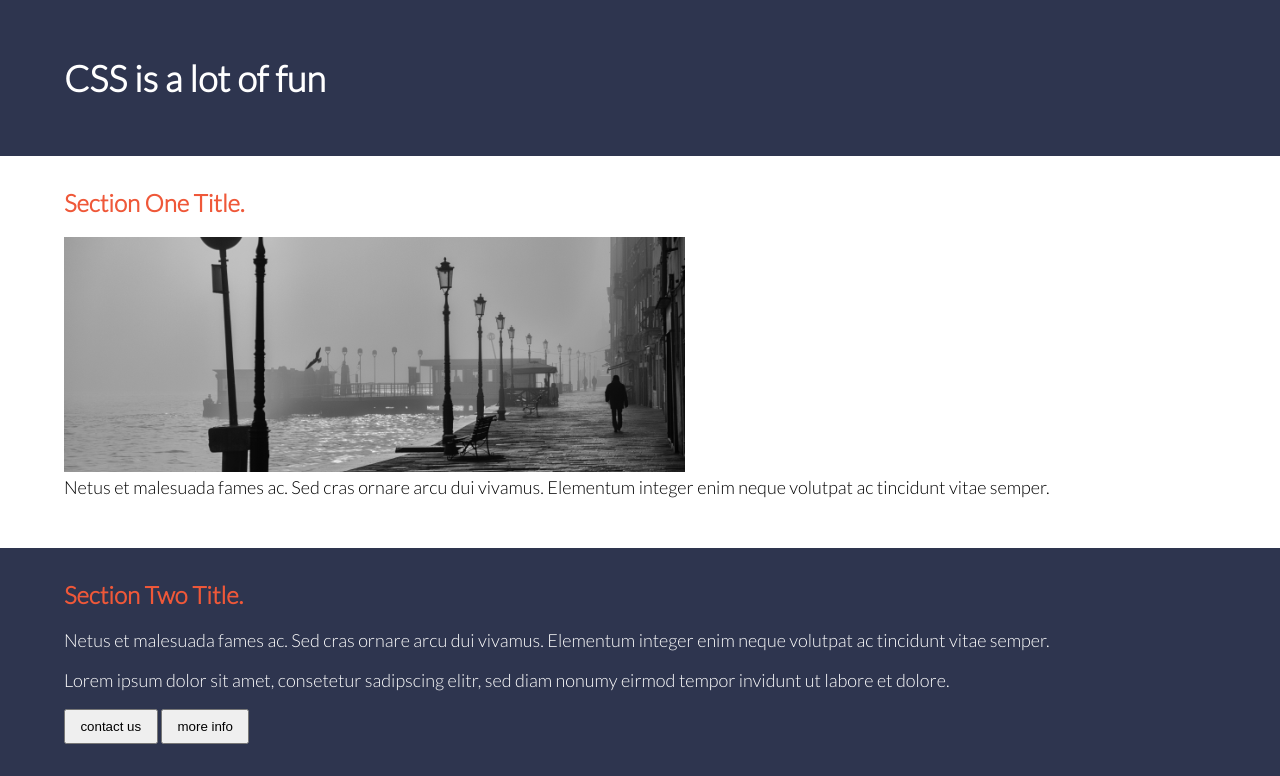
Repository: Doumham-Armah/sample-landing-page
Page: index.html
An editor plug-in stored every save of this project. The page is shown before and after the next save, followed by the edit.
The browser window is 1280 px wide. The pictures show the whole page.

Above is the page before, as saved 2021-08-16 13:03:07.

### index.html
<!DOCTYPE html>
<html lang="en">
  <head>
    <meta charset="UTF-8" />
    <meta http-equiv="X-UA-Compatible" content="IE=edge" />
    <meta name="viewport" content="width=device-width, initial-scale=1.0" />
    <title>Document</title>
    <link rel="preconnect" href="https://fonts.googleapis.com" />
    <link rel="preconnect" href="https://fonts.gstatic.com" crossorigin />
    <link
      href="https://fonts.googleapis.com/css2?family=Lato:wght@300&display=swap"
      rel="stylesheet"
    />
    <link href="./style.css" rel="stylesheet" />
  </head>

  <body>
    <header>
      <div class="container">
        <h1>CSS is a lot of fun</h1>
      </div>
    </header>

    <section class="section-one">
      <div class="container">
        <h2>Section One Title.</h2>
        <img src="./images/boardwalk.png" alt="boardwalk image" />
        <p>
          Netus et malesuada fames ac. Sed cras ornare arcu dui vivamus.
          Elementum integer enim neque volutpat ac tincidunt vitae semper.
        </p>
      </div>
    </section>

    <section class="section-two">
      <div class="container">
        <h2>Section Two Title.</h2>
        <p>
          Netus et malesuada fames ac. Sed cras ornare arcu dui vivamus.
          Elementum integer enim neque volutpat ac tincidunt vitae semper.
        </p>
        <p>
          Lorem ipsum dolor sit amet, consetetur sadipscing elitr, sed diam
          nonumy eirmod tempor invidunt ut labore et dolore.
        </p>
        <button class="btn btn-accent">contact us</button>
        <button class="btn btn-white">more info</button>
      </div>
    </section>
  </body>
</html>

### style.css
body {
  margin: 0;
  font-family: "Lato", sans-serif;
  font-size: 18px;
}
.container {
  padding: 2rem 4rem;
}
header,
.section-two {
  background-color: #2e354f;
  color: white;
}

.conatiner h1 {
  font-size: 36px;
}
.container h2 {
  font-size: 24px;
  color: #ef5839;
}
h2,
p {
  margin-top: 0;
}

.btn {
  padding: 0.5rem 0.9rem;
}

After the next save:
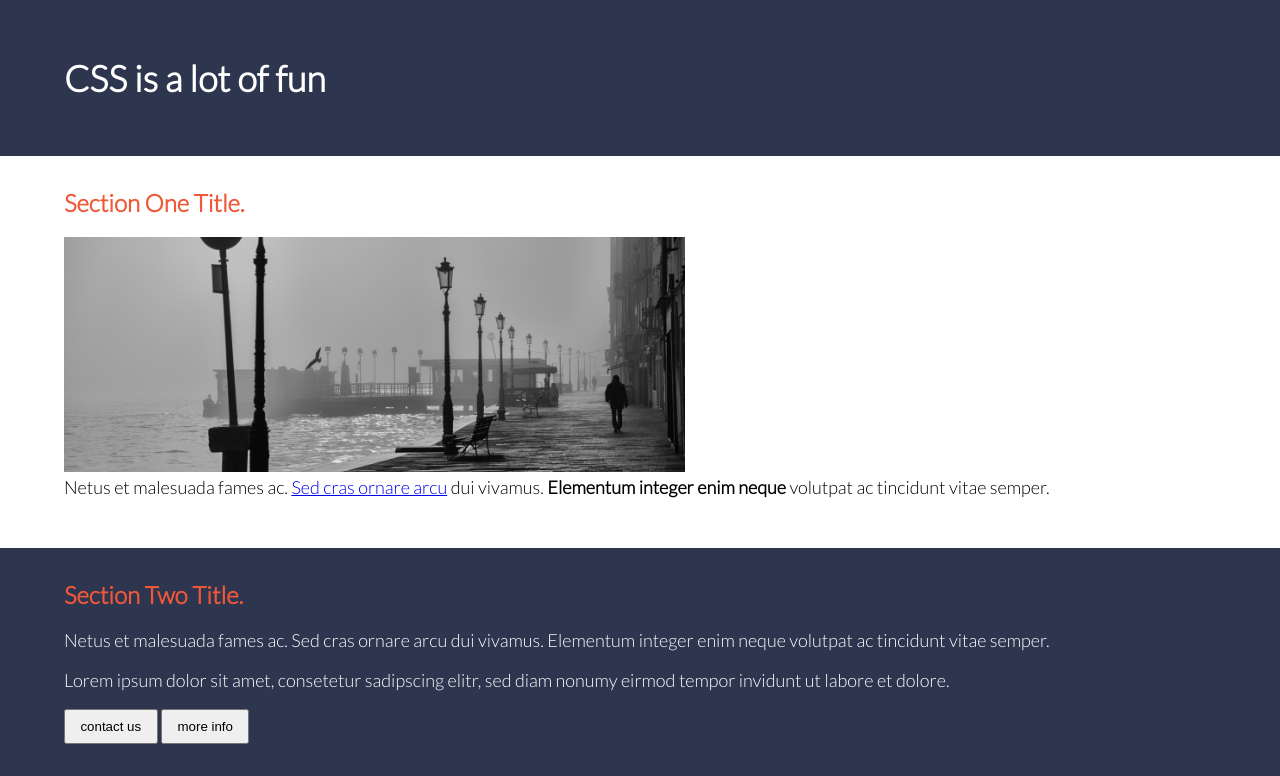
Saved 88 s later.
--- a/index.html
+++ b/index.html
@@ -26,8 +26,9 @@
         <h2>Section One Title.</h2>
         <img src="./images/boardwalk.png" alt="boardwalk image" />
         <p>
-          Netus et malesuada fames ac. Sed cras ornare arcu dui vivamus.
-          Elementum integer enim neque volutpat ac tincidunt vitae semper.
+          Netus et malesuada fames ac. <a href="#">Sed cras ornare arcu</a> dui
+          vivamus. <strong>Elementum integer enim neque</strong> volutpat ac
+          tincidunt vitae semper.
         </p>
       </div>
     </section>
